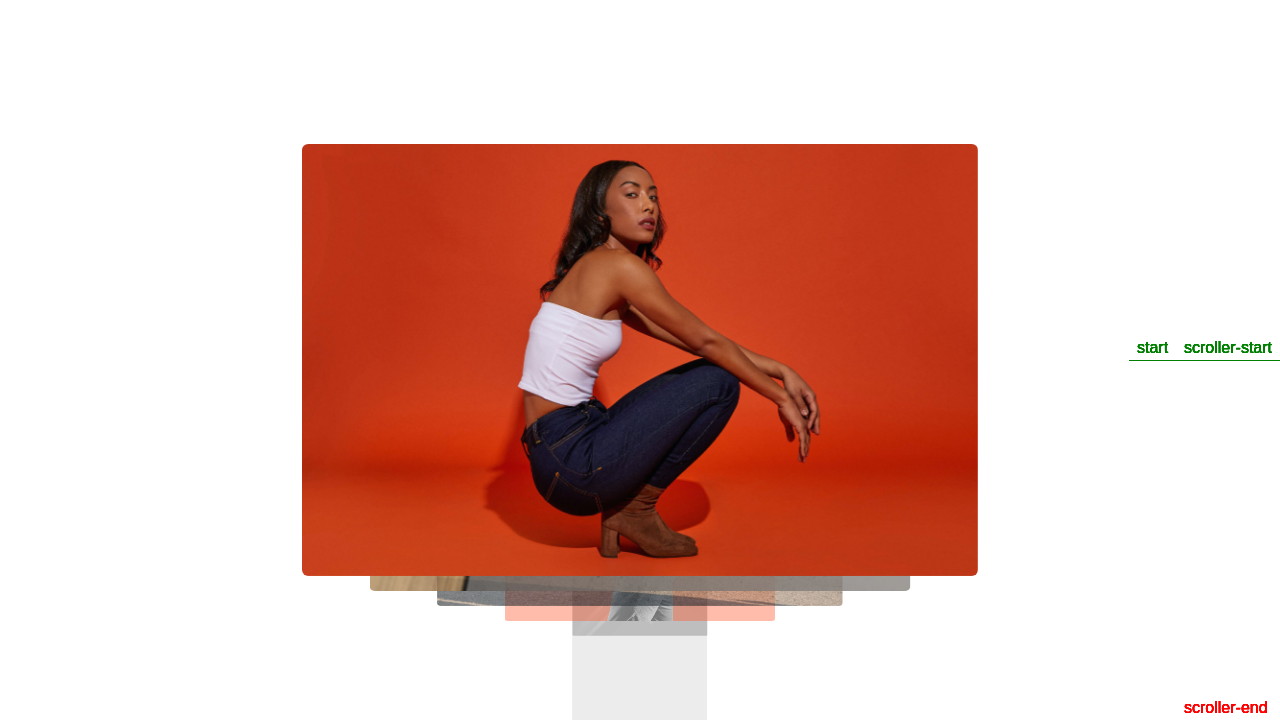
Repository: lwygold/motion
Page: layout/이미지 위로 계속 올라가는레이아웃.html
An editor plug-in stored every save of this project. The page is shown before and after the next save, followed by the edit.
The browser window is 1280 px wide. The pictures show the window.
Pictures or frames that could not be fetched are drawn as grey boxes. A layer covers the whole window, so only the first screen is drawn.

Above is the page before, as saved 2023-02-20 17:32:48.

### layout/이미지 위로 계속 올라가는레이아웃.html
<!DOCTYPE html>
<html lang="ko">

<head>
    <meta http-equiv="Content-Type" content="text/html;charset=utf-8" />
    <meta name="viewport" content="width=device-width, user-scalable=no, target-densitydpi=medium-dpi" />
    <meta name="apple-mobile-web-app-capable" content="yes" />
    <meta name="format-detection" content="telephone=no" />
    <meta http-equiv="X-UA-Compatible" content="IE=edge" />
    <meta http-equiv="x-rim-auto-match" content="none" />
    <link rel="shortcut icon" href="./images/favicon.ico" />
    <link rel="stylesheet" type="text/css" href="../assets/css/slick.css" />
    <link rel="stylesheet" type="text/css" href="../assets/css/common.css" />
    <link rel="stylesheet" type="text/css" href="../assets/css/main.css" />
    <link rel="stylesheet" type="text/css" href="../assets/css/sub.css" />
    <title>테스트</title>
    <script src="../assets/js/jquery-3.3.1.min.js"></script>
    <script src="../assets/js/jquery-ui.min.js"></script>
    <script src="../assets/js/slick.min.js"></script>
    <script src="../assets/js/gsap.js"></script>
    <script src="../assets/js/gsap_scroll_trigger.js"></script>
    <script src="../assets/js/green.js"></script>
    <script src="../assets/js/common.js"></script>
    <script src="../assets/js/main.js"></script>
    <script src="../assets/js/sub.js"></script>
</head>

<style>
    section {
        width: 100vw;
        height: 100vh;
    }

    section ul {
        align-items: center;
        display: flex;
        height: 100%;
        justify-content: center;
        left: 0;
        position: fixed;
        top: 0;
        width: 100%;
        max-height: 100vh;
    }

    section ul li {
        border-radius: 0.4861111111vw;
        cursor: pointer;
        height: 60vh;
        overflow: hidden;
        position: absolute;
        -webkit-transform-origin: bottom;
        transform-origin: bottom;
        width: 52.7777777744vw;
        will-change: transform, opacity;
    }



    section ul li:nth-child(1) {
        z-index: 5;
    }

    section ul li:nth-child(2) {
        z-index: 4;
    }

    section ul li:nth-child(3) {
        z-index: 3;
    }

    section ul li:nth-child(4) {
        z-index: 2;
    }

    section ul li:nth-child(5) {
        z-index: 1;
    }


    section ul li div {
        height: 100%;
        -webkit-transform: none;
        transform: none;
        transition: -webkit-transform 1.2s cubic-bezier(.165, .84, .44, 1);
        transition: transform 1.2s cubic-bezier(.165, .84, .44, 1);
        transition: transform 1.2s cubic-bezier(.165, .84, .44, 1), -webkit-transform 1.2s cubic-bezier(.165, .84, .44, 1);
        width: 100%;
        will-change: transform;
    }

    section ul li div img {
        height: 100%;
        -o-object-fit: cover;
        object-fit: cover;
        -o-object-position: center;
        object-position: center;
        width: 100%;
        -webkit-transform: none;
        transform: none;
        -webkit-transform-origin: center;
        transform-origin: center;
        transition: -webkit-transform 1.6s cubic-bezier(.165, .84, .44, 1);
        transition: transform 1.6s cubic-bezier(.165, .84, .44, 1);
        transition: transform 1.6s cubic-bezier(.165, .84, .44, 1), -webkit-transform 1.6s cubic-bezier(.165, .84, .44, 1);
        width: 100%;
        will-change: transform;
    }

    section ul li div img:hover {
        -webkit-transform: scale(1.1);
        transform: scale(1.1);
    }
</style>

<body>

    <section class="s1">
        <ul>
            <li class="panel s1-1 panel_first">
                <div>
                    <img src="./images/1.jpg" alt="">
                </div>
            </li>
            <li class="panel s1-2">
                <div>
                    <img src="./images/2.jpg" alt="">
                </div>
            </li>
            <li class="panel s1-3">
                <div>
                    <img src="./images/3.jpg" alt="">
                </div>
            </li>
            <li class="panel s1-4">
                <div>
                    <img src="./images/4.jpg" alt="">
                </div>
            </li>
            <li class="panel s1-5">
                <div>
                    <img src="./images/5.jpg" alt="">
                </div>
            </li>
            <li class="panel s1-6">
                <div>
                    <img src="./images/6.jpg" alt="">
                </div>
            </li>
            <li class="panel s1-7">
                <div>
                    <img src="./images/6.jpg" alt="">
                </div>
            </li>
        </ul>
    </section>


    <script>
        const $ul = $('ul');
        const $li = $('ul li');
        const li_cnt = $('ul li').length;

        $li.each((i, e) => {
            $(e).css("transform", "translateY(" + i * 15 + "px) scale(" + (1 - (0.1 * (i * (2)))) + ")");
            $(e).css("opacity", 1 - (0.1 * (i * (2))));
            $(e).attr("filter", "grayscale(" + i * 33 + "%);");
        });



        $(function () {

            gsap.registerPlugin(ScrollTrigger);

            let panels = gsap.utils.toArray(".panel");

            let tl1 = gsap.timeline({
                scrollTrigger: {
                    trigger: $ul,
                    start: "center center",
                    end: () => innerHeight * 3,
                    pin: true,
                    scrub: true,
                    markers: true,
                }
            });

            let tl2 = gsap.timeline({
                scrollTrigger: {
                    trigger: 'section ul li:nth-child(1)',
                    start: "center center",
                    end: () => innerHeight * 1.5,
                    scrub: true,
                    markers: true,
                }
            });

            let tl3 = gsap.timeline({
                scrollTrigger: {
                    trigger: 'section ul li:nth-child(1)',
                    start: "center center",
                    end: () => innerHeight * 1.5,
                    scrub: true,
                    markers: true,
                }
            });

            let tl4 = gsap.timeline({
                scrollTrigger: {
                    trigger: 'section ul li:nth-child(1)',
                    start: "center center",
                    end: () => innerHeight * 1.5,
                    scrub: true,
                    markers: true,
                }
            });

            let tl5 = gsap.timeline({
                scrollTrigger: {
                    trigger: 'section ul li:nth-child(1)',
                    start: "center center",
                    end: () => innerHeight * 1.5,
                    scrub: true,
                    markers: true,
                }
            });

            let tl6 = gsap.timeline({
                scrollTrigger: {
                    trigger: 'section ul li:nth-child(1)',
                    start: "center center",
                    end: () => innerHeight * 1.5,
                    scrub: true,
                    markers: true,
                }
            });

            panels.forEach((panel, i) => {

                tl1.to(panel, {
                    yPercent: -150,
                });

                tl2.to('section ul li:nth-child('+(i+1)+')', {
                    y:0,
                    opacity:1,
                    scale: 1,
                });

                tl3.to('section ul li:nth-child('+(i+2)+')', {
                    y: 15+"px",
                    opacity:0.8,
                    scale: 0.8,
                });

                tl4.to('section ul li:nth-child('+(i+3)+')', {
                    y: 30+"px",
                    opacity:0.6,
                    scale: 0.6,
                });

                tl5.to('section ul li:nth-child('+(i+4)+')', {
                    y: 45+"px",
                    opacity:0.4,
                    scale: 0.4,
                });

                tl6.to('section ul li:nth-child('+(i+5)+')', {
                    y: 60+"px",
                    opacity:0.2,
                    scale: 0.2,
                });


            });
















        });

    </script>
</body>

</html>

### assets/css/common.css
@charset "utf-8";

@font-face {
  font-family: "NotoSansKR";
  font-style: normal;
  font-weight: 100;
  src: url(fonts/NotoSansKR-ExtraLight.woff) format("woff");
}

@font-face {
  font-family: "NotoSansKR";
  font-style: normal;
  font-weight: 200;
  src: url(fonts/NotoSansKR-Light.woff) format("woff");
}

@font-face {
  font-family: "NotoSansKR";
  font-style: normal;
  font-weight: 300;
  src: url(fonts/NotoSansKR-DemiLight.woff) format("woff");
}

@font-face {
  font-family: "NotoSansKR";
  font-style: normal;
  font-weight: 400;
  src: url(fonts/NotoSansKR-Regular.woff) format("woff");
}

@font-face {
  font-family: "NotoSansKR";
  font-style: normal;
  font-weight: 500;
  src: url(fonts/NotoSansKR-Medium.woff) format("woff");
}

@font-face {
  font-family: "NotoSansKR";
  font-style: normal;
  font-weight: 600;
  src: url(fonts/NotoSansKR-Bold.woff) format("woff");
}

@font-face {
  font-family: "NotoSansKR";
  font-style: normal;
  font-weight: 700;
  src: url(fonts/NotoSansKR-Bold-Hestia.woff) format("woff");
}

@font-face {
  font-family: "NotoSansKR";
  font-style: normal;
  font-weight: 800;
  src: url(fonts/NotoSansKR-Black-Hestia.woff) format("woff");
}

@font-face {
  font-family: "Montserrat";
  font-style: normal;
  font-weight: 100;
  src: url(fonts/Montserrat-ExtraLight.woff) format("woff");
}

@font-face {
  font-family: "Montserrat";
  font-style: normal;
  font-weight: 200;
  src: url(fonts/Montserrat-Light.woff) format("woff");
}

@font-face {
  font-family: "Montserrat";
  font-style: normal;
  font-weight: 300;
  src: url(fonts/Montserrat-Regular.woff) format("woff");
}

@font-face {
  font-family: "Montserrat";
  font-style: normal;
  font-weight: 400;
  src: url(fonts/Montserrat-Regular.woff) format("woff");
}

@font-face {
  font-family: "Montserrat";
  font-style: normal;
  font-weight: 500;
  src: url(fonts/Montserrat-Medium.woff) format("woff");
}

@font-face {
  font-family: "Montserrat";
  font-style: normal;
  font-weight: 600;
  src: url(fonts/Montserrat-Bold.woff) format("woff");
}

@font-face {
  font-family: "Montserrat";
  font-style: normal;
  font-weight: 700;
  src: url(fonts/Montserrat-ExtraBold.woff) format("woff");
}

@font-face {
  font-family: "Montserrat";
  font-style: normal;
  font-weight: 800;
  src: url(fonts/Montserrat-ExtraBlack.woff) format("woff");
}

@font-face {
  font-family: "Saira";
  font-style: normal;
  font-weight: 100;
  src: url(fonts/Saira-ExtraLight.woff) format("woff");
}

@font-face {
  font-family: "Saira";
  font-style: normal;
  font-weight: 200;
  src: url(fonts/Saira-Light.woff) format("woff");
}

@font-face {
  font-family: "Saira";
  font-style: normal;
  font-weight: 300;
  src: url(fonts/Saira-Regular.woff) format("woff");
}

@font-face {
  font-family: "Saira";
  font-style: normal;
  font-weight: 400;
  src: url(fonts/Saira-Regular.woff) format("woff");
}

@font-face {
  font-family: "Saira";
  font-style: normal;
  font-weight: 500;
  src: url(fonts/Saira-Medium.woff) format("woff");
}

@font-face {
  font-family: "Saira";
  font-style: normal;
  font-weight: 600;
  src: url(fonts/Saira-Bold.woff) format("woff");
}

@font-face {
  font-family: "Saira";
  font-style: normal;
  font-weight: 700;
  src: url(fonts/Saira-ExtraBold.woff) format("woff");
}

@font-face {
  font-family: "Saira";
  font-style: normal;
  font-weight: 800;
  src: url(fonts/Saira-Black.woff) format("woff");
}

@font-face {
  font-family: "NanumSquare";
  font-style: normal;
  font-weight: 200;
  src: url(fonts/NanumSquareL.woff) format("woff");
}

@font-face {
  font-family: "NanumSquare";
  font-style: normal;
  font-weight: 400;
  src: url(fonts/NanumSquareR.woff) format("woff");
}

@font-face {
  font-family: "NanumSquare";
  font-style: normal;
  font-weight: 600;
  src: url(fonts/NanumSquareB.woff) format("woff");
}

@font-face {
  font-family: "NanumSquare";
  font-style: normal;
  font-weight: 700;
  src: url(fonts/NanumSquareEB.woff) format("woff");
}

@font-face {
  font-family: "play";
  font-style: normal;
  font-weight: 400;
  src: url(fonts/Play-Regular.woff) format("woff");
}

@font-face {
  font-family: "play";
  font-style: normal;
  font-weight: 600;
  src: url(fonts/Play-Bold.woff) format("woff");
}

@font-face {
  font-family: "Lovelace";
  font-style: normal;
  font-weight: 100;
  src: url(fonts/Lovelace-ExtraLight.woff) format("woff");
}

@font-face {
  font-family: "Lovelace";
  font-style: normal;
  font-weight: 200;
  src: url(fonts/Lovelace-Light.woff) format("woff");
}

@font-face {
  font-family: "Lovelace";
  font-style: normal;
  font-weight: 400;
  src: url(fonts/Lovelace-Regular.woff) format("woff");
}

@font-face {
  font-family: "Lovelace";
  font-style: normal;
  font-weight: 500;
  src: url(fonts/Lovelace-Medium.woff) format("woff");
}

@font-face {
  font-family: "Lovelace";
  font-style: normal;
  font-weight: 600;
  src: url(fonts/Lovelace-Bold.woff) format("woff");
}

@font-face {
  font-family: "Lovelace";
  font-style: normal;
  font-weight: 700;
  src: url(fonts/Lovelace-ExtraBold.woff) format("woff");
}

* {
  font-family: "NotoSansKR";
  box-sizing: border-box;
}

/* 여백 초기화 */
html,
body,
div,
span,
object,
iframe,
h1,
h2,
h3,
h4,
h5,
h6,
p,
blockquote,
pre,
abbr,
address,
cite,
code,
del,
dfn,
em,
img,
ins,
kbd,
q,
samp,
small,
strong,
sub,
sup,
var,
b,
i,
dl,
dt,
dd,
ol,
ul,
li,
fieldset,
form,
label,
legend,
table,
caption,
tbody,
tfoot,
thead,
tr,
th,
td,
article,
aside,
canvas,
details,
figcaption,
figure,
footer,
header,
hgroup,
menu,
nav,
section,
summary,
time,
mark,
audio,
video {
  margin: 0;
  padding: 0;
  border: 0;
  outline: 0;
  font-size: 100%;
  vertical-align: baseline;
  background: transparent;
}

* {
  -webkit-text-size-adjust: none;
  -moz-text-size-adjust: none;
  -ms-text-size-adjust: none;
}

html,
body {
  position: relative;
  margin: 0 auto;
  height: 100%;
  width: 100%;
}

body {
  line-height: 1;
}

article,
aside,
details,
figcaption,
figure,
footer,
header,
hgroup,
menu,
nav,
section {
  display: block;
}

ul,
li {
  list-style: none;
}

blockquote,
q {
  quotes: none;
}

blockquote:before,
blockquote:after,
q:before,
q:after {
  content: "";
  content: none;
}

a {
  margin: 0;
  padding: 0;
  color: #000;
  font-size: 100%;
  text-decoration: none;
  vertical-align: baseline;
  background: transparent;
}

del {
  text-decoration: line-through;
}

abbr[title],
dfn[title] {
  border-bottom: 1px dotted;
  cursor: help;
}

table {
  border-collapse: collapse;
  border-spacing: 0;
}

/* change border colour to suit your needs */

hr {
  display: block;
  height: 1px;
  border: 0;
  border-top: 1px solid #cccccc;
  margin: 1em 0;
  padding: 0;
}

input,
select {
  vertical-align: middle;
}

/*-------------------------------------------------------------------
    @input style
-------------------------------------------------------------------*/

button {
  -webkit-appearance: none;
  appearance: none;
  -webkit-border-radius: 0;
  border-radius: 0;
}

input[type="button"],
input[type="reset"],
input[type="text"],
input[type="password"],
input[type="submit"],
input[type="search"],
input[type="tel"],
input[type="email"] {
  -webkit-appearance: none;
  appearance: none;
  -webkit-border-radius: 0;
  border-radius: 0;
  font-size: 16px;
}

/*-------------------------------------------------------------------
    @select
-------------------------------------------------------------------*/
select {
  font-family: "Noto Sans KR";
  font-size: 19px;
  -webkit-appearance: none;
  -moz-appearance: none;
  appearance: none;
  background-image: url(../images/sl_btn.png);
  background-repeat: no-repeat;
  background-position: 93% 50%;
  background-size: 15px;
  background-color: #fff;
  border: none;
  width: 100%;
}

/*-------------------------------------------------------------------
    @select IE10,11의 네이티브 화살표 숨기기
-------------------------------------------------------------------*/
select::-ms-expand {
  display: none;
}

/*-------------------------------------------------------------------
    @clearfix
-------------------------------------------------------------------*/
.clearfix {
  *zoom: 1;
}

.clearfix:before,
.clearfix:after {
  display: block;
  content: "";
  line-height: 0;
}

.clearfix:after {
  clear: both;
}

.fl {
  float: left;
}

.fr {
  float: right;
}

/*-------------------------------------------------------------------
    @공통서브
-------------------------------------------------------------------*/

section {
  box-sizing: border-box;
  overflow: hidden;
  position: relative;
  width: 100%;
  max-width: 1920px;
  margin: 0 auto;
}

.inner {
  width: 100%;
  max-width: 1280px;
  padding: 0px 40px;
  box-sizing: border-box;
}

/* 가로 양옆으로  */
.flex__lrc,
.flex__lrc2 {
  display: flex;
  flex-direction: row;
  flex-wrap: wrap;
  justify-content: space-between;
  align-items: center;
}

.flex__lrt,
.flex__lrt2 {
  display: flex;
  flex-direction: row;
  flex-wrap: wrap;
  justify-content: space-between;
  align-items: flex-start;
}

.flex__lrb,
.flex__lrb2 {
  display: flex;
  flex-direction: row;
  flex-wrap: wrap;
  justify-content: space-between;
  align-items: flex-end;
}

/* 가로 가운데 새로 가운데 */
.flex__cc,
.flex__cc1,
.flex__cc2 {
  display: flex;
  flex-direction: row;
  flex-wrap: wrap;
  justify-content: center;
  align-items: center;
}

.flex__lrc2 > div,
.flex__lrt2 > div,
.flex__lrb2 > div,
.flex__cc2 > div {
    width: 50%;
}

.h100 {
    height: 100%;
}

.w100 {
    width: 100%;
}

.row2,
.row3,
.row4,
.row5 {
    display: flex;
    flex-direction: row;
    flex-wrap: wrap;
}

.row2 > .col {
    width: 50%;
}

.row3 > .col {
    width: 33.33%;
}

.row4 > .col {
    width: 25%;
}

.row5 > .col {
    width: 20%;
}


@media only screen and (max-width: 640px) {
}

### assets/css/main.css
body {
 font-size:0;
}


section.section4 {
 height: 400vh;
}

.header-section {
 padding: 0 15px;
 text-align: center;
 margin: 0;
 height: 100vh;
 color: #000;
 font-size: 35px;
 display: flex;
 align-items: center;
 justify-content: center;
}

.nav {
 display: flex;
 position: fixed;
 right:100px;
 top:50%;
 transform: translateY(-50%);
 z-index: 11;
}

.nav > div {
 position: relative;
 width: 2px;
 height: 55px;
 background: transparent;
 z-index: 1;
}

.nav > div:after {
 content:'';
 position: absolute;
 left:0;
 top:0;
 width:3px;
 height: 55px;
 background: rgba(255,255,255, 0.3);
 z-index: 2;
}

.nav div > div {
 position: absolute;
 left:0;
 top:0;
 width:2px;
 height:0;
 background: #fff;
}


.gridBlock {
 opacity: 0;
}


/* Grid almost fully pulled from https://www.rino-pelle.com/ */
.grid-container {
 width: 100vw;
 height: 400vh;
 position: relative;
}
.grid {
 top: 0;
 left: 0;
 z-index: 1;
 width: 70vw;
 height: 60vw;
 margin: 0 calc(100vw / 20 * 3);
 position: absolute;

}
@media only screen and (max-width: 580px) {
 .grid {
 margin: 0;
 width: 100vw;
 height: 89.444vw;
}
}
.gridBlock {
 background-size: cover;
 background-color: darkgray;
}
.gridLayer {
 top: 0;
 left: 0;
 width: 100%;
 height: 100%;
 position: absolute;
 will-change: transform;
 transform-origin: 44.951% 50%;
}
.gridLayer:nth-child(1) .gridBlock {
 top: 5vw;
 left: 20vw;
 width: 10vw;
 height: 10vw;
}
@media only screen and (max-width: 580px) {
 .gridLayer:nth-child(1) .gridBlock {
 top: 11.111vw;
 left: 23.889vw;
 width: 15vw;
 height: 15vw;
}
}
.gridLayer:nth-child(2) .gridBlock {
 top: 0;
 left: 32.5vw;
 width: 15vw;
 height: 15vw;
}
@media only screen and (max-width: 580px) {
 .gridLayer:nth-child(2) .gridBlock {
 top: 0;
 left: 43.333vw;
 width: 26.389vw;
 height: 26.389vw;
}
}
.gridLayer:nth-child(3) .gridBlock {
 left: 0;
 top: 25vw;
 width: 15vw;
 height: 15vw;
}
@media only screen and (max-width: 580px) {
 .gridLayer:nth-child(3) .gridBlock {
 top: 30.278vw;
 left: 0;
 width: 26.389vw;
 height: 26.389vw;
}
}
.gridLayer:nth-child(4) .gridBlock {
 top: 17.5vw;
 left: 17.5vw;
 width: 30vw;
 height: 30vw;
}
@media only screen and (max-width: 580px) {
 .gridLayer:nth-child(4) .gridBlock {
 top: 30.278vw;
 left: 30.278vw;
 width: 39.444vw;
 height: 39.444vw;
}
}
.gridLayer:nth-child(5) {
 z-index: 1;
}
.gridLayer:nth-child(5) .gridBlock {
 top: 20vw;
 left: 50vw;
 width: 5vw;
 height: 5vw;
}
@media only screen and (max-width: 580px) {
 .gridLayer:nth-child(5) .gridBlock {
 top: 23.889vw;
 left: 73.889vw;
 width: 15.278vw;
 height: 15.278vw;
}
}
.gridLayer:nth-child(5) a {
 height: 100%;
 display: flex;
 align-items: center;
 justify-content: center;
}
.gridLayer:nth-child(5) svg {
 width: 1.75vw;
}
@media only screen and (max-width: 580px) {
 .gridLayer:nth-child(5) svg {
 width: 4.722vw;
}
}
.gridLayer:nth-child(6) .gridBlock {
 left: 50vw;
 top: 27.5vw;
 width: 20vw;
 height: 20vw;
}
@media only screen and (max-width: 580px) {
 .gridLayer:nth-child(6) .gridBlock {
 top: 43.889vw;
 left: 73.889vw;
 width: 26.389vw;
 height: 26.389vw;
}
}
.gridLayer:nth-child(7) .gridBlock {
 left: 10vw;
 top: 42.5vw;
 width: 5vw;
 height: 5vw;
}
@media only screen and (max-width: 580px) {
 .gridLayer:nth-child(7) .gridBlock {
 display: none;
}
}
.gridLayer:nth-child(8) .gridBlock {
 bottom: 5vw;
 left: 42.5vw;
 width: 5vw;
 height: 5vw;
}
@media only screen and (max-width: 580px) {
 .gridLayer:nth-child(8) .gridBlock {
 display: none;
}
}
.gridLayer:nth-child(9) .gridBlock {
 bottom: 0;
 left: 50vw;
 width: 10vw;
 height: 10vw;
}
@media only screen and (max-width: 580px) {
 .gridLayer:nth-child(9) .gridBlock {
 top: 73.889vw;
 left: 58.889vw;
 width: 15.278vw;
 height: 15.278vw;
}
}
.gridBlock {
 display: block;
 position: absolute;
}



@media only screen and (max-width: 640px) {

}

### assets/css/sub.css

@media only screen and (max-width: 640px) {

}

### assets/js/common.js
var clickType = "click";
if ("ontouchstart" in document.documentElement) {
    clickType = "touchstart";
}
$(function () {

})

### assets/js/main.js
$(function () {



});

### assets/js/sub.js
$(function () {

})

Loaded but not shown: assets/css/slick.css (common file); assets/js/jquery-3.3.1.min.js (library); assets/js/jquery-ui.min.js (library); assets/js/slick.min.js (library); assets/js/gsap.js (library); assets/js/gsap_scroll_trigger.js (library); assets/js/green.js (187 lines, source omitted)

After the next save:
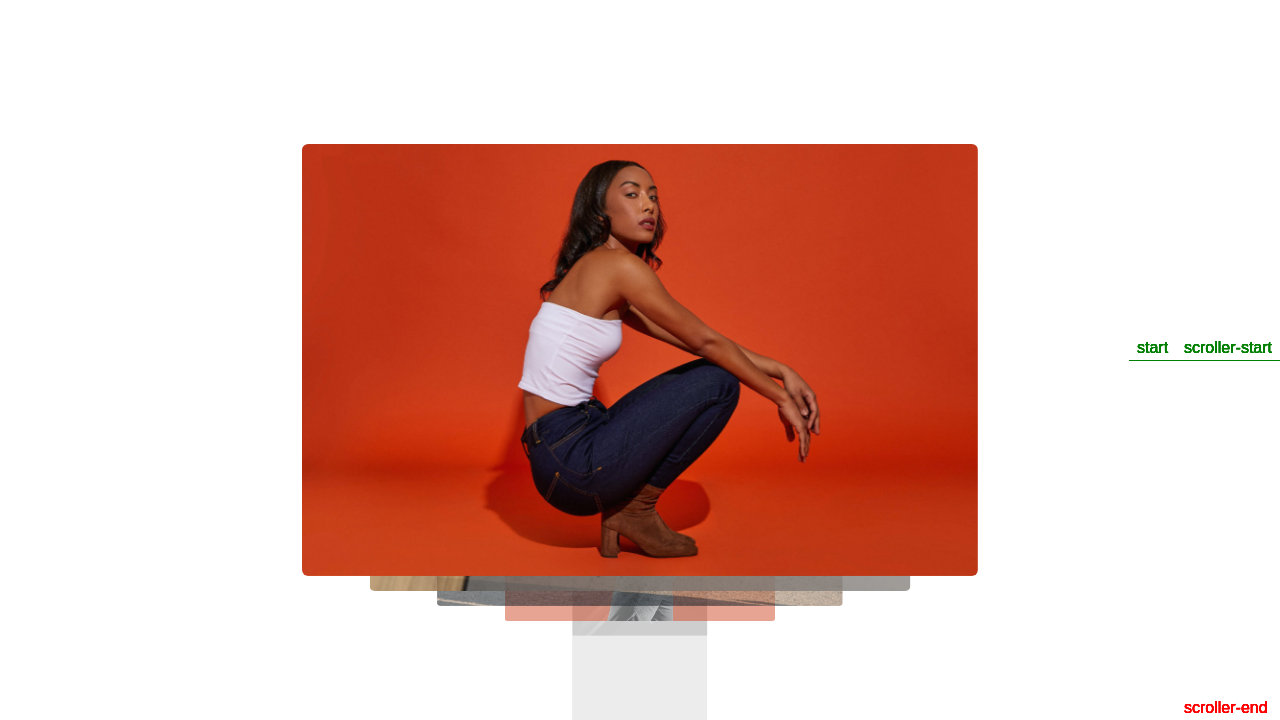
Saved 112 s later.
--- a/layout/이미지 위로 계속 올라가는레이아웃.html
+++ b/layout/이미지 위로 계속 올라가는레이아웃.html
@@ -190,7 +190,7 @@
                 scrollTrigger: {
                     trigger: 'section ul li:nth-child(1)',
                     start: "center center",
-                    end: () => innerHeight * 1.5,
+                    end: () => innerHeight * 2,
                     scrub: true,
                     markers: true,
                 }
@@ -200,7 +200,7 @@
                 scrollTrigger: {
                     trigger: 'section ul li:nth-child(1)',
                     start: "center center",
-                    end: () => innerHeight * 1.5,
+                    end: () => innerHeight * 2,
                     scrub: true,
                     markers: true,
                 }
@@ -210,7 +210,7 @@
                 scrollTrigger: {
                     trigger: 'section ul li:nth-child(1)',
                     start: "center center",
-                    end: () => innerHeight * 1.5,
+                    end: () => innerHeight * 2,
                     scrub: true,
                     markers: true,
                 }
@@ -220,7 +220,7 @@
                 scrollTrigger: {
                     trigger: 'section ul li:nth-child(1)',
                     start: "center center",
-                    end: () => innerHeight * 1.5,
+                    end: () => innerHeight * 2,
                     scrub: true,
                     markers: true,
                 }
@@ -230,7 +230,7 @@
                 scrollTrigger: {
                     trigger: 'section ul li:nth-child(1)',
                     start: "center center",
-                    end: () => innerHeight * 1.5,
+                    end: () => innerHeight * 2,
                     scrub: true,
                     markers: true,
                 }
